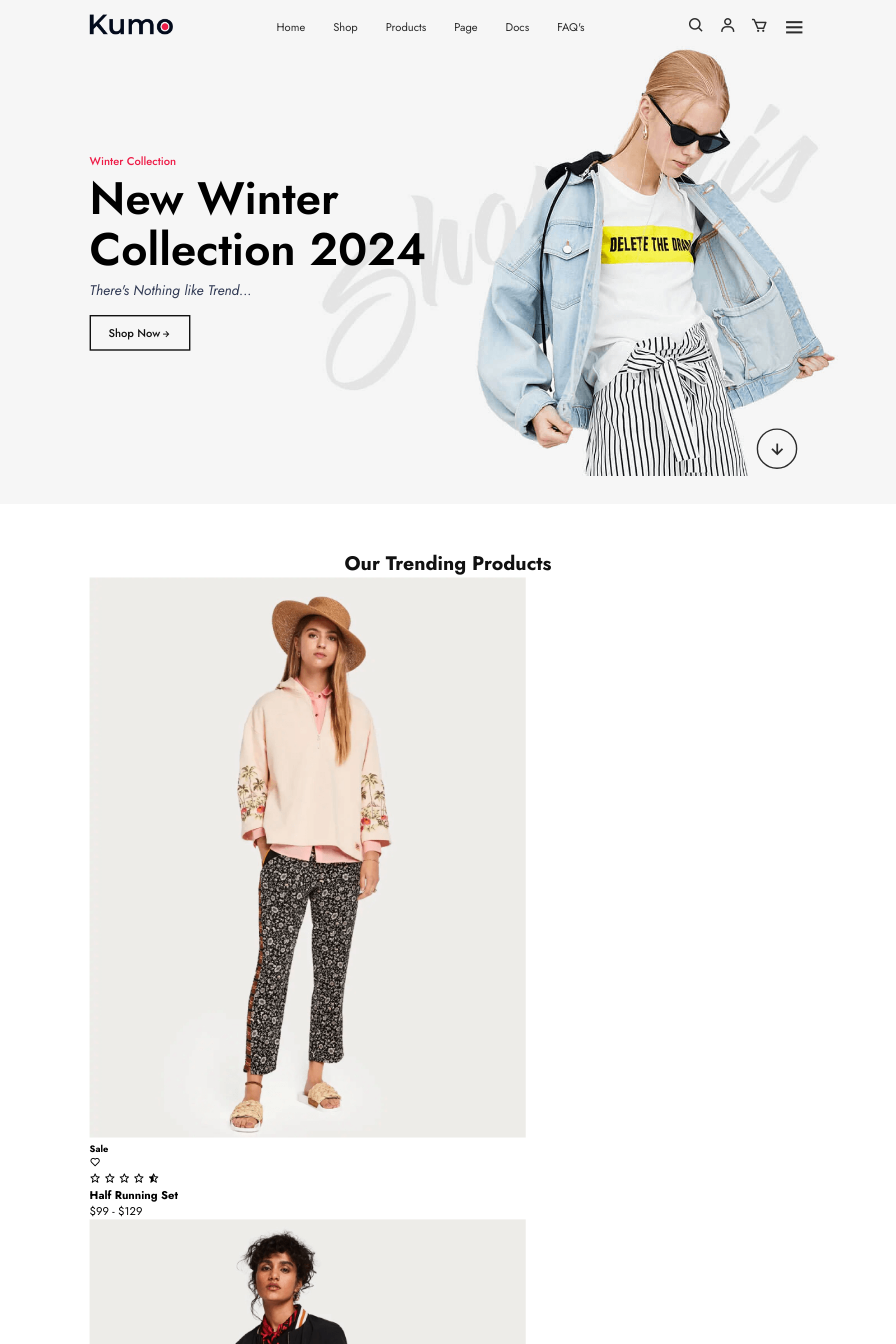
Repository: isaacCodes1/Kumo-Website.
Page: index.html
The author's editor kept a copy of each file at every save. The page is drawn from the files as they stood at one save, then again after a run of saves.
The browser window is 1280 px wide. The pictures show the part of the page from y = 0 to 1920 px (the page is 8187 px tall), at 70% of full size.

Above is the page before, as saved 2024-03-22 13:41:35.

### index.html
<!DOCTYPE html>
<html lang="en">
  <head>
    <meta charset="UTF-8" />
    <meta http-equiv="X-UA-Compatible" content="IE=edge" />
    <meta name="viewport" content="width=device-width, initial-scale=1.0" />
    <!-- CSS Custom Link -->
    <link rel="stylesheet" href="style.css" />
    <link rel="preconnect" href="https://fonts.googleapis.com" />
    <link rel="preconnect" href="https://fonts.gstatic.com" crossorigin />
    <link
      href="https://fonts.googleapis.com/css2?family=Bricolage+Grotesque:opsz,wght@12..96,200..800&family=Jost:ital,wght@0,100..900;1,100..900&family=Montserrat:ital,wght@0,100..900;1,100..900&family=Poppins:ital,wght@0,100;0,200;0,300;0,400;0,500;0,600;0,700;0,800;0,900;1,100;1,200;1,300;1,400;1,500;1,600;1,700;1,800;1,900&display=swap"
      rel="stylesheet"
    />
    <link
      rel="stylesheet"
      href="https://cdnjs.cloudflare.com/ajax/libs/font-awesome/6.5.1/css/all.min.css"
      integrity="sha512-DTOQO9RWCH3ppGqcWaEA1BIZOC6xxalwEsw9c2QQeAIftl+Vegovlnee1c9QX4TctnWMn13TZye+giMm8e2LwA=="
      crossorigin="anonymous"
      referrerpolicy="no-referrer"
    />
    <link
      rel="stylesheet"
      href="https://unpkg.com/boxicons@latest/css/boxicons.min.css"
    />

    <title>My fashion Website.</title>
  </head>
  <body>
    <header>
      <a href="#" class="logo"><img src="Assets/logo.png" alt="" /></a>
      <ul class="navmenu">
        <li><a href="#">Home</a></li>
        <li><a href="#">Shop</a></li>
        <li><a href="#">Products</a></li>
        <li><a href="#">Page</a></li>
        <li><a href="#">Docs</a></li>
        <li><a href="#">FAQ's</a></li>
      </ul>
      <div class="nav-icon">
        <a href="#"><i class="bx bx-search"></i></a>
        <a href="#"><i class="bx bx-user"></i></a>
        <a href="#"><i class="bx bx-cart"></i></a>
        <div class="bx bx-menu" id="menu-icon"></div>
      </div>
    </header>
    <section class="main-home">
      <div class="main-text">
        <h5>Winter Collection</h5>
        <h1>New Winter <br />Collection 2024</h1>
        <p>There's Nothing like Trend...</p>
        <a href="#" class="main-btn"
          >Shop Now<i class="bx bx-right-arrow-alt"></i
        ></a>
      </div>
      <div class="down-arrow">
        <a href="#trending" class="down"
          ><i class="bx bx-down-arrow-alt"></i
        ></a>
      </div>
    </section>
    <!-- <trending-products-section-->
    <section class="trending-product" id="trending">
      <div class="center-text">
        <h2>Our Trending <span>Products</span></h2>
      </div>
      <div class="products">
        <div class="row">
          <img src="/Assets/1.jpg" alt="" />
          <div class="product-text">
            <h5>Sale</h5>
          </div>
          <div class="heart-icon">
            <i class="bx bx-heart"></i>
          </div>
          <div class="ratting">
            <i class="bx bx-star"></i>
            <i class="bx bx-star"></i>
            <i class="bx bx-star"></i>
            <i class="bx bx-star"></i>
            <i class="bx bxs-star-half"></i>
          </div>
          <div class="price">
            <h4>Half Running Set</h4>
            <p>$99 - $129</p>
          </div>
        </div>

        <div class="row">
          <img src="/Assets/2.jpg" alt="" />
          <div class="product-text">
            <h5>New</h5>
          </div>
          <div class="heart-icon">
            <i class="bx bx-heart"></i>
          </div>
          <div class="ratting">
            <i class="bx bx-star"></i>
            <i class="bx bx-star"></i>
            <i class="bx bx-star"></i>
            <i class="bx bx-star"></i>
            <i class="bx bxs-star-half"></i>
          </div>
          <div class="price">
            <h4>Formal Men Lowers</h4>
            <p>$100 - $329</p>
          </div>
        </div>
        <div class="row">
          <img src="/Assets/3.jpg" alt="" />
          <div class="heart-icon">
            <i class="bx bx-heart"></i>
          </div>
          <div class="ratting">
            <i class="bx bx-star"></i>
            <i class="bx bx-star"></i>
            <i class="bx bx-star"></i>
            <i class="bx bx-star"></i>
            <i class="bx bxs-star-half"></i>
          </div>
          <div class="price">
            <h4>Half Running Suit</h4>
            <p>$99 - $229</p>
          </div>
        </div>
        <div class="row">
          <img src="/Assets/4.jpg" alt="" />
          <div class="product-text">
            <h5>Hottest!</h5>
          </div>
          <div class="heart-icon">
            <i class="bx bx-heart"></i>
          </div>
          <div class="ratting">
            <i class="bx bx-star"></i>
            <i class="bx bx-star"></i>
            <i class="bx bx-star"></i>
            <i class="bx bx-star"></i>
            <i class="bx bxs-star-half"></i>
          </div>
          <div class="price">
            <h4>Half Fancy Lady Dress</h4>
            <p>$199 - $429</p>
          </div>
        </div>
        <div class="row">
          <img src="/Assets/5.jpg" alt="" />
          <div class="heart-icon">
            <i class="bx bx-heart"></i>
          </div>
          <div class="ratting">
            <i class="bx bx-star"></i>
            <i class="bx bx-star"></i>
            <i class="bx bx-star"></i>
            <i class="bx bx-star"></i>
            <i class="bx bxs-star-half"></i>
          </div>
          <div class="price">
            <h4>Flix Flox Jeans</h4>
            <p>$79 - $109</p>
          </div>
        </div>
        <div class="row">
          <img src="/Assets/6.jpg" alt="" />
          <div class="product-text">
            <h5>Very Beautiful</h5>
          </div>
          <div class="heart-icon">
            <i class="bx bx-heart"></i>
          </div>
          <div class="ratting">
            <i class="bx bx-star"></i>
            <i class="bx bx-star"></i>
            <i class="bx bx-star"></i>
            <i class="bx bx-star"></i>
            <i class="bx bxs-star-half"></i>
          </div>
          <div class="price">
            <h4>Fancy Salwar Suits</h4>
            <p>$399 - $629</p>
          </div>
        </div>
        <div class="row">
          <img src="/Assets/7.jpg" alt="" />
          <div class="product-text">
            <h5>Bold!</h5>
          </div>
          <div class="heart-icon">
            <i class="bx bx-heart"></i>
          </div>
          <div class="ratting">
            <i class="bx bx-star"></i>
            <i class="bx bx-star"></i>
            <i class="bx bx-star"></i>
            <i class="bx bx-star"></i>
            <i class="bx bxs-star-half"></i>
          </div>
          <div class="price">
            <h4>Printed straight Design</h4>
            <p>$39 - $99</p>
          </div>
        </div>
        <div class="row">
          <img src="/Assets/8.jpg" alt="" />
          <div class="product-text">
            <h5>Sale</h5>
          </div>
          <div class="heart-icon">
            <i class="bx bx-heart"></i>
          </div>
          <div class="ratting">
            <i class="bx bx-star"></i>
            <i class="bx bx-star"></i>
            <i class="bx bx-star"></i>
            <i class="bx bx-star"></i>
            <i class="bx bxs-star-half"></i>
          </div>
          <div class="price">
            <h4>Beautiful Full Dress!</h4>
            <p>$99 - $229</p>
          </div>
        </div>
      </div>
    </section>

    <script src="java.js"></script>
  </body>
</html>

### style.css
* {
  margin: 0;
  padding: 0;
  box-sizing: border-box;
  scroll-behavior: smooth;
  font-family: "Jost", sans-serif;
  list-style-type: none;
  text-decoration: none;
}
header {
  position: fixed;
  width: 100%;
  top: 0;
  right: 0;
  z-index: 1000;
  display: flex;
  align-items: center;
  justify-content: space-between;
  padding: 20px 10%;
}
.logo img {
  max-width: 120px;
  height: auto;
}
.navmenu {
  display: flex;
}
.navmenu li :hover {
  background: #000;
}
.navmenu a {
  color: #2c2c2c;
  font-size: 16px;
  text-transform: capitalize;
  padding: 10px 20px;
  font-weight: 400;
  transition: all 0.42s ease;
}
.navmenu a:hover {
  color: #ee1c47;
}
.nav-icon {
  display: flex;
  align-items: center;
}
.nav-icon i {
  margin-right: 20px;
  color: #2c2c2c;
  font-size: 25px;
  font-weight: 400;
  transition: all 0.42s ease;
}
.nav-icon i:hover {
  transform: scale(1.05);
  color: #ee1c47;
}
#menu-icon {
  font-size: 35px;
  color: #2c2c2c;
  z-index: 10001;
  cursor: pointer;
}
section {
  padding: 5% 10%;
}
.main-home {
  width: 100%;
  height: 100vh;
  background-image: url(Assets/banner-3.png);
  background-position: center;
  background-size: cover;
  display: grid;
  grid-template-columns: repeat(1, 1fr);
  align-items: center;
}
.main-text h5 {
  color: #ee1c47;
  font-size: 16px;

  text-transform: capitalize;
  font-weight: 500;
}
.main-text h1 {
  color: #000;
  font-size: 65px;
  text-transform: capitalize;
  line-height: 1.1;
  font-weight: 600;
  margin: 6px 0 10px;
}
.main-text p{
    color: #333c56;
    font-size: 20px;
    font-style: italic;
    margin-bottom: 20px;
}
.main-btn{
    display: inline-block;
    color: #111;
    font-size: 16px;
    font-weight: 500;
    text-transform: capitalize;
    border: 2px solid#111;
    padding: 12px 25px;
    transition: all .42s ease;
}
.main-btn:hover{
    background: #000;
    color: #fff;
}
.main-btn i{
    vertical-align: middle;
}
.down-arrow{
    position: absolute;
    top: 85%;
    right: 11%;
}
.down i{
    font-size: 30px;
    color: #2c2c2c;
    border: 2px solid #2c2c2c;
    border-radius: 50px;
    padding: 12px 12px;
}
.down i:hover{
    background: #2c2c2c;
    color:#fff;
    transition: all .42s ease;
}
header.sticky{
    background: #fff;
    padding: 20px 10%;
    box-shadow: 0px 0px 10px rgb(0 0 0 /10%);
}
/* trending-section-css */
.center-text h2{
    color: #111;
    font-size: 28px;
    text-transform: capitalize;
    text-align: center;
}
.center-textt

### java.js
const header = document.querySelector("header");

window.addEventListener("scroll", function(){
    header.classList.toggle ("sticky", window.scrollY > 0);
})

After the next 3 saves:
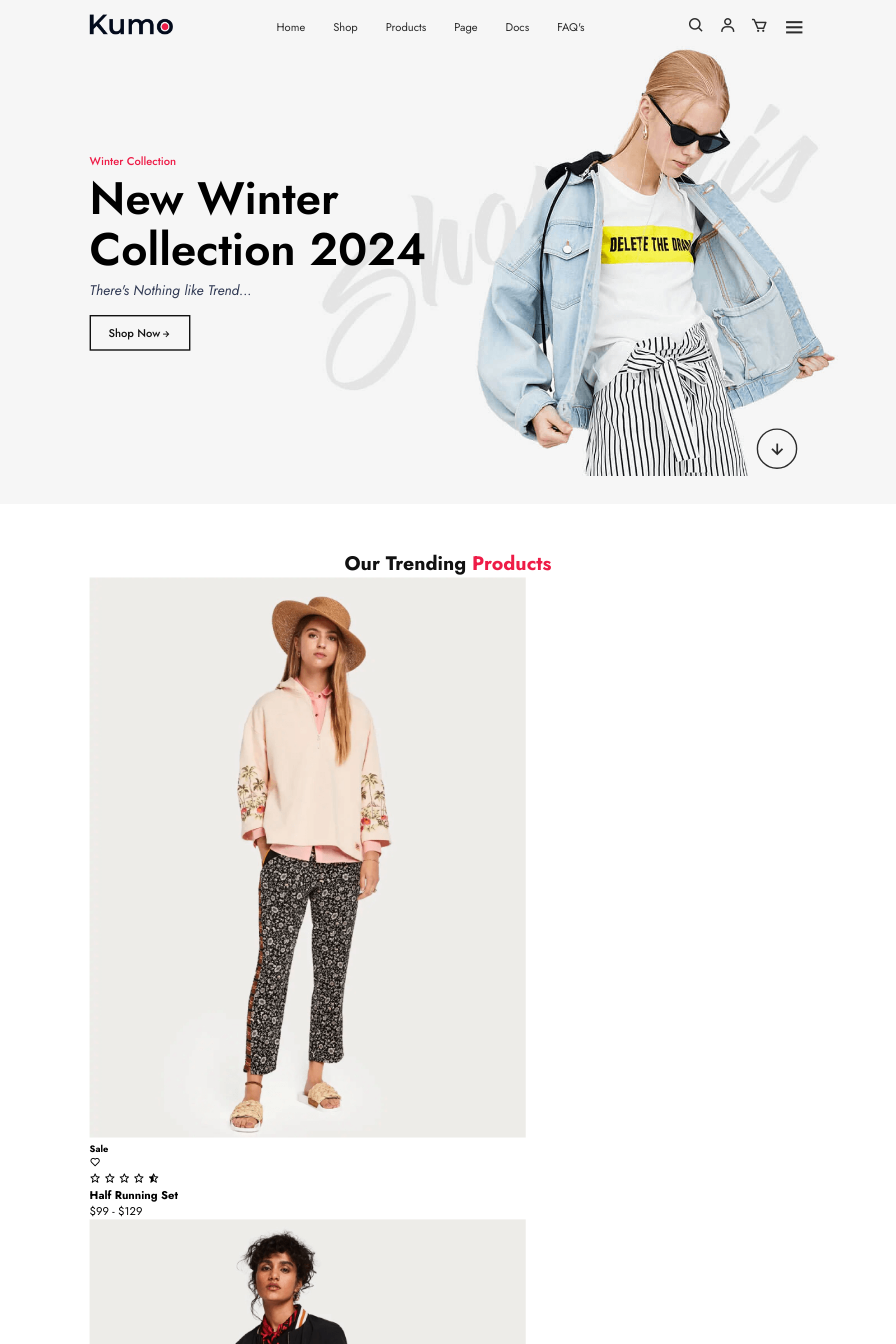
The 3 saves are shown as one change because they came seconds apart.
The last was saved 10 s later.
--- a/style.css
+++ b/style.css
@@ -140,4 +140,6 @@ header.sticky{
     text-transform: capitalize;
     text-align: center;
 }
-.center-textt
+.center-text span{
+    color: #ee1c47;
+}
